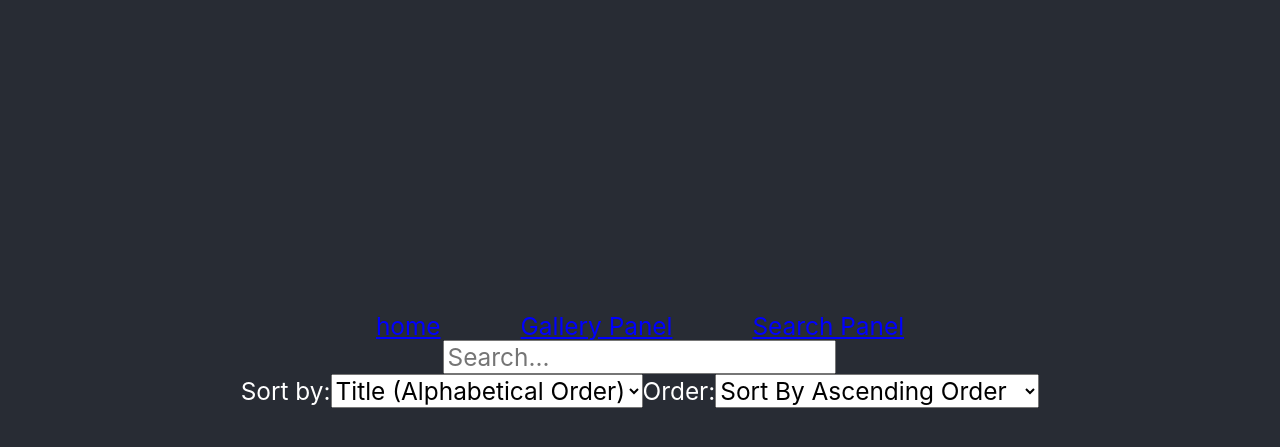
Repository: ZhengyuLi0929/ArtMuseum_ArtIC
Page: /list
An editor plug-in stored every save of this project. The page is shown before and after the next save, followed by the edit.
The browser window is 1280 px wide. The pictures show the whole page.
The project was rebuilt for these pictures with package versions that can differ from the ones it lists, and the page was loaded fresh each time. Also part of the build but not shown: src/home.tsx, src/gallery.tsx, src/details.tsx.

Above is the page before, as saved 2023-01-11 07:50:59.

After the next save:
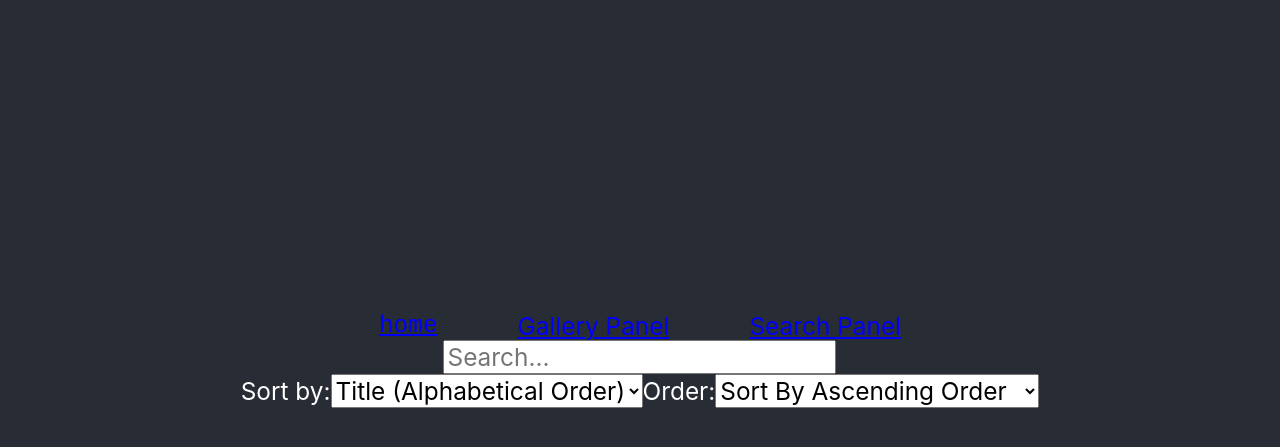
Saved 91 s later.
--- a/src/App.tsx
+++ b/src/App.tsx
@@ -22,9 +22,9 @@ function App() {
             flexWrap: 'nowrap',
             justifyContent: 'space-between'
         }}>
-          <Link to ="/" style={{ color: 'blue', textDecoration: 'underline', marginRight: "80px"}}> home </Link>
-          <Link to ="/gallery" style={{ color: 'blue', textDecoration: 'underline', marginRight: "80px" }}> Gallery Panel </Link>
-          <Link to ="/list" style={{ color: 'blue', textDecoration: 'underline' }}> Search Panel </Link>
+          <Link to ="/" style={{ color: 'blue', marginRight: "80px", fontFamily: 'Courier'}}> home </Link>
+          <Link to ="/gallery" style={{ color: 'blue', marginRight: "80px" }}> Gallery Panel </Link>
+          <Link to ="/list" style={{ color: 'blue' }}> Search Panel </Link>
         </div>
           <Routes>
             <Route path = "/" element = {<HomeView></HomeView>}/>
